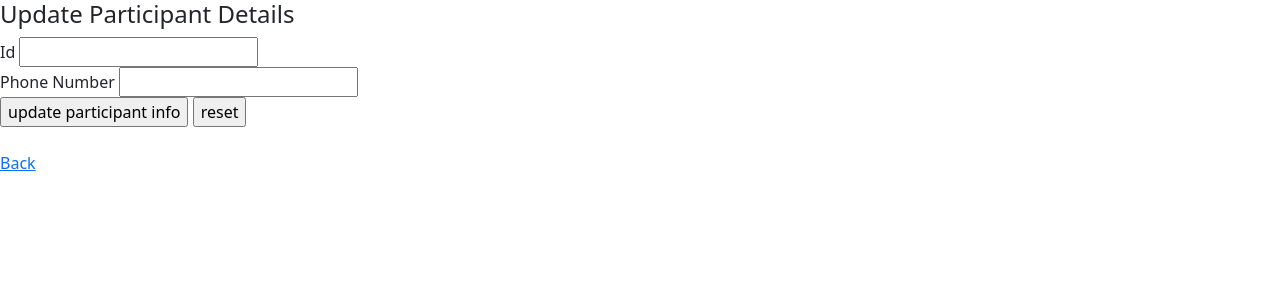
Repository: sefali123456/simpleRestApi123
Page: http://localhost/Zumba_App/updateParticipant.jsp
The author's editor kept a copy of each file at every save. The page is drawn from the files as they stood at one save, then again after the next save.
The browser window is 1280 px wide. The pictures show the whole page.
The page is served by Tomcat 9.

Above is the page before, as saved 2024-02-22 16:29:17.

After the next save:
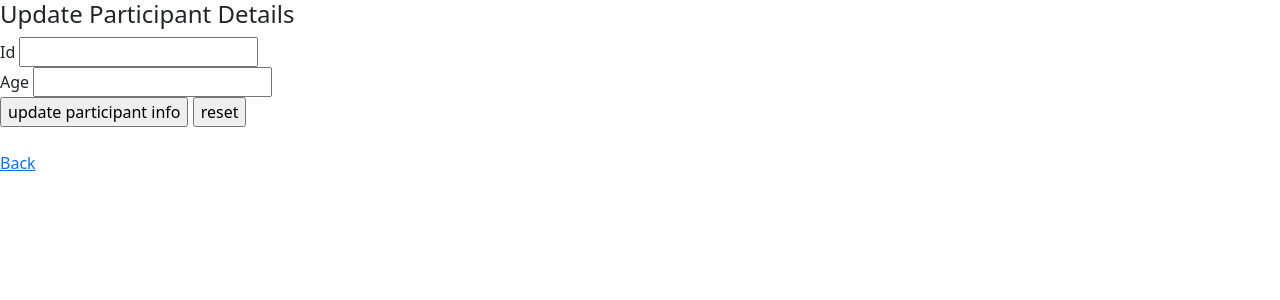
Saved 2 min 34 s later.
--- a/server_project/Zumba_App/src/main/webapp/updateParticipant.jsp
+++ b/server_project/Zumba_App/src/main/webapp/updateParticipant.jsp
@@ -13,8 +13,8 @@
 	<input type="hidden" name="operation" value="update">
 	<label>Id</label>
 	<input type="number" name="participantid"/><br/>
-	<label>Phone Number</label>
-	<input type="Text" name="phonenumber"/><br/>
+	<label>Age</label>
+	<input type="number" name="age"/><br/>
 	<input type="submit" value="update participant info"/>
 	<input type="reset" value="reset"/>
 </form>
